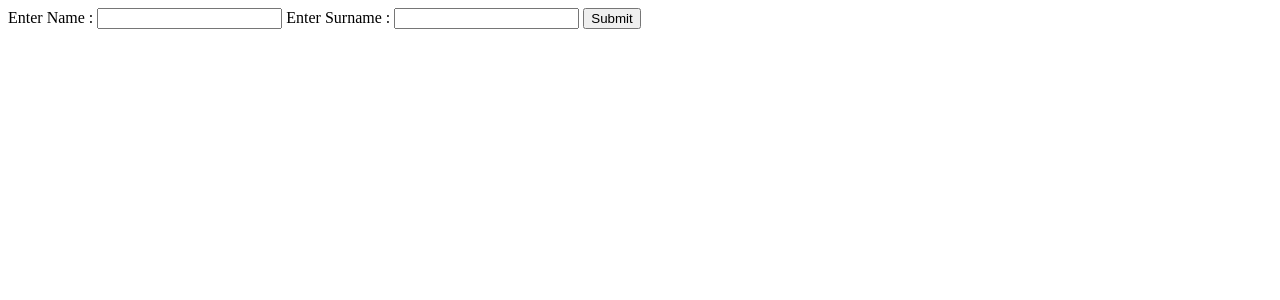
Repository: PhMandar/eclipse_oxy_ws
Page: SimpleServletProject/WebContent/SimpleForm.html
The author's editor kept a copy of each file at every save. The page is drawn from the files as they stood at one save, then again after the next save.
The browser window is 1280 px wide. The pictures show the whole page.

Above is the page before, as saved 2017-12-07 03:40:43.

After the next save:
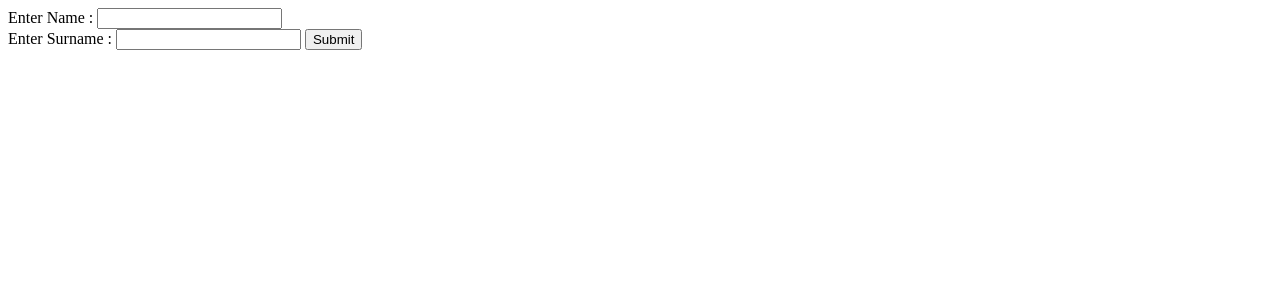
Saved 14 s later.
--- a/SimpleServletProject/WebContent/SimpleForm.html
+++ b/SimpleServletProject/WebContent/SimpleForm.html
@@ -6,7 +6,7 @@
 </head>
 <body>
 	<form method="post" action="SimpleServletTestURL">
-		Enter Name : <input name="userName"/>
+		Enter Name : <input name="userName"/> </br>
 		Enter Surname : <input name="surName"/>
 
 		<input type="submit"/>
